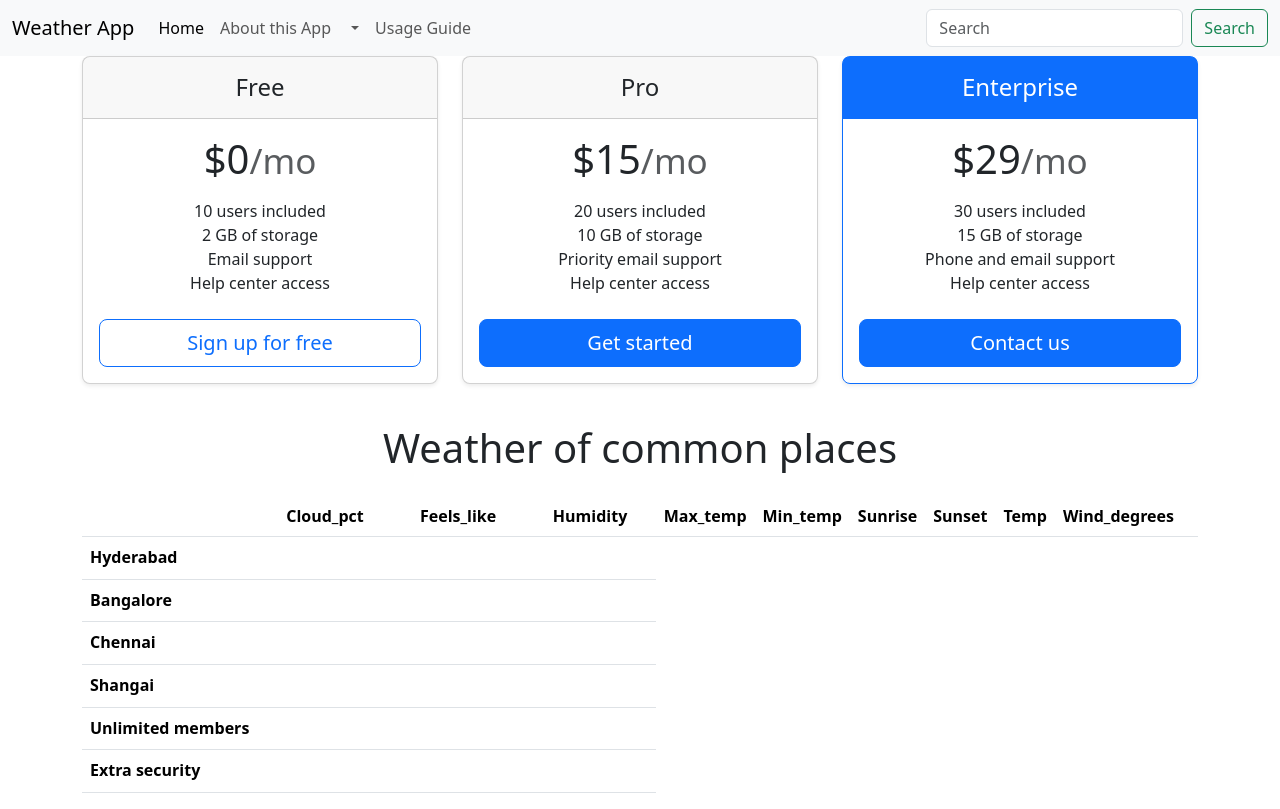
Repository: Abhilash2909/weather
Page: index.html
The author's editor kept a copy of each file at every save. The page is drawn from the files as they stood at one save, then again after the next save.
The browser window is 1280 px wide. The pictures show the whole page.
The page's requests for data from a server got no answer.

Above is the page before, as saved 2024-02-11 10:31:55.

### index.html
<!doctype html>
<html lang="en">
  <head>
    <meta charset="utf-8">
    <meta name="viewport" content="width=device-width, initial-scale=1">
    <title>My Weather App</title>
    <link href="https://cdn.jsdelivr.net/npm/bootstrap@5.3.2/dist/css/bootstrap.min.css" rel="stylesheet" integrity="sha384-T3c6CoIi6uLrA9TneNEoa7RxnatzjcDSCmG1MXxSR1GAsXEV/Dwwykc2MPK8M2HN" crossorigin="anonymous">
  </head>
  <body>
    <nav class="navbar navbar-expand-lg bg-body-tertiary">
        <div class="container-fluid">
          <a class="navbar-brand" href="#">Weather App</a>
          <button class="navbar-toggler" type="button" data-bs-toggle="collapse" data-bs-target="#navbarSupportedContent" aria-controls="navbarSupportedContent" aria-expanded="false" aria-label="Toggle navigation">
            <span class="navbar-toggler-icon"></span>
          </button>
          <div class="collapse navbar-collapse" id="navbarSupportedContent">
            <ul class="navbar-nav me-auto mb-2 mb-lg-0">
              <li class="nav-item">
                <a class="nav-link active" aria-current="page" href="#">Home</a>
              </li>
              <li class="nav-item">
                <a class="nav-link" href="#">About this App</a>
              </li>
              <li class="nav-item dropdown">
                <a class="nav-link dropdown-toggle" href="#" role="button" data-bs-toggle="dropdown" aria-expanded="false">
                </a>
                <ul class="dropdown-menu">
                  <li><a class="dropdown-item" href="#">Delhi</a></li>
                  <li><a class="dropdown-item" href="#">Seattle</a></li>
                  <li><hr class="dropdown-divider"></li>
                  <li><a class="dropdown-item" href="#">Bangalore</a></li>
                </ul>
              </li>
              <li class="nav-item">
                <a class="nav-link" aria-disabled="true">Usage Guide</a>
              </li>
            </ul>
            <form class="d-flex" role="search">
              <input class="form-control me-2" type="search" placeholder="Search" aria-label="Search">
              <button class="btn btn-outline-success" type="submit">Search</button>
            </form>
          </div>
        </div>
      </nav>

      <div class="container"><main>
        <div class="row row-cols-1 row-cols-md-3 mb-3 text-center">
          <div class="col">
            <div class="card mb-4 rounded-3 shadow-sm">
              <div class="card-header py-3">
                <h4 class="my-0 fw-normal">Free</h4>
              </div>
              <div class="card-body">
                <h1 class="card-title pricing-card-title">$0<small class="text-body-secondary fw-light">/mo</small></h1>
                <ul class="list-unstyled mt-3 mb-4">
                  <li>10 users included</li>
                  <li>2 GB of storage</li>
                  <li>Email support</li>
                  <li>Help center access</li>
                </ul>
                <button type="button" class="w-100 btn btn-lg btn-outline-primary">Sign up for free</button>
              </div>
            </div>
          </div>
          <div class="col">
            <div class="card mb-4 rounded-3 shadow-sm">
              <div class="card-header py-3">
                <h4 class="my-0 fw-normal">Pro</h4>
              </div>
              <div class="card-body">
                <h1 class="card-title pricing-card-title">$15<small class="text-body-secondary fw-light">/mo</small></h1>
                <ul class="list-unstyled mt-3 mb-4">
                  <li>20 users included</li>
                  <li>10 GB of storage</li>
                  <li>Priority email support</li>
                  <li>Help center access</li>
                </ul>
                <button type="button" class="w-100 btn btn-lg btn-primary">Get started</button>
              </div>
            </div>
          </div>
          <div class="col">
            <div class="card mb-4 rounded-3 shadow-sm border-primary">
              <div class="card-header py-3 text-bg-primary border-primary">
                <h4 class="my-0 fw-normal">Enterprise</h4>
              </div>
              <div class="card-body">
                <h1 class="card-title pricing-card-title">$29<small class="text-body-secondary fw-light">/mo</small></h1>
                <ul class="list-unstyled mt-3 mb-4">
                  <li>30 users included</li>
                  <li>15 GB of storage</li>
                  <li>Phone and email support</li>
                  <li>Help center access</li>
                </ul>
                <button type="button" class="w-100 btn btn-lg btn-primary">Contact us</button>
              </div>
            </div>
          </div>
        </div>

        <h2 class="display-6 text-center mb-4">Weather of common places</h2>

        <div class="table-responsive">
          <table class="table text-center">
            <thead>
              <tr>
                <th style="width: 34%;"></th>
                <th style="width: 22%;"> Cloud_pct </th>
                <th style="width: 22%;"> Feels_like </th>
                <th style="width: 22%;"> Humidity </th>
                <th style="width: 22%;"> Max_temp </th>
                <th style="width: 22%;"> Min_temp </th>
                <th style="width: 22%;"> Sunrise </th>
                <th style="width: 22%;"> Sunset </th>
                <th style="width: 22%;"> Temp </th>
                <th style="width: 22%;"> Wind_degrees </th>
                <th style="width: 22%;">  </th>
                    </th>
                  </th>
                </th>
              </tr>
            </thead>
            <tbody>
              <tr>
                <th scope="row" class="text-start">Hyderabad</th>
                <td><svg class="bi" width="24" height="24"><use xlink:href="#check"></use></svg></td>
                <td><svg class="bi" width="24" height="24"><use xlink:href="#check"></use></svg></td>
                <td><svg class="bi" width="24" height="24"><use xlink:href="#check"></use></svg></td>
              </tr>
              <tr>
                <th scope="row" class="text-start">Bangalore</th>
                <td></td>
                <td><svg class="bi" width="24" height="24"><use xlink:href="#check"></use></svg></td>
                <td><svg class="bi" width="24" height="24"><use xlink:href="#check"></use></svg></td>
              </tr>
            </tbody>

            <tbody>
              <tr>
                <th scope="row" class="text-start">Chennai</th>
                <td><svg class="bi" width="24" height="24"><use xlink:href="#check"></use></svg></td>
                <td><svg class="bi" width="24" height="24"><use xlink:href="#check"></use></svg></td>
                <td><svg class="bi" width="24" height="24"><use xlink:href="#check"></use></svg></td>
              </tr>
              <tr>
                <th scope="row" class="text-start">Shangai</th>
                <td></td>
                <td><svg class="bi" width="24" height="24"><use xlink:href="#check"></use></svg></td>
                <td><svg class="bi" width="24" height="24"><use xlink:href="#check"></use></svg></td>
              </tr>
              <tr>
                <th scope="row" class="text-start">Unlimited members</th>
                <td></td>
                <td><svg class="bi" width="24" height="24"><use xlink:href="#check"></use></svg></td>
                <td><svg class="bi" width="24" height="24"><use xlink:href="#check"></use></svg></td>
              </tr>
              <tr>
                <th scope="row" class="text-start">Extra security</th>
                <td></td>
                <td></td>
                <td><svg class="bi" width="24" height="24"><use xlink:href="#check"></use></svg></td>
              </tr>
            </tbody>
          </table>
        </div>
      </main></div>
    <script src="https://cdn.jsdelivr.net/npm/bootstrap@5.3.2/dist/js/bootstrap.bundle.min.js" integrity="sha384-C6RzsynM9kWDrMNeT87bh95OGNyZPhcTNXj1NW7RuBCsyN/o0jlpcV8Qyq46cDfL" crossorigin="anonymous"></script>
    <script src="script.js"></script>
</body>
</html>

### script.js
// const options = {
// method: 'GET',
// headers: {
//         'X-RapidAPI-Key': 'b45e96323fmshf5e4bc50d3b8a90p1e091djsnfb21cde4eb87',
// '       X-RapidAPI-Host': 'weather-by-api-ninjas.p.rapidapi.com'
//     }
// };

// fetch('https://weather-by-api-ninjas.p.rapidapi.com/v1/weather?city=Seattle', options)
//     .then(response => response.json())
//     .then(response => console.log(response))
//     .catch(err => console.error(err));



const options = {
    method: 'GET',
    headers: {
      'X-RapidAPI-Key': 'b45e96323fmshf5e4bc50d3b8a90p1e091djsnfb21cde4eb87',
      'X-RapidAPI-Host': 'weather-by-api-ninjas.p.rapidapi.com'
    }
  };

  fetch('https://weather-by-api-ninjas.p.rapidapi.com/v1/weather?city=Seattle', options)
    .then(response => response.json())
    .then(data => console.log(data))
    .catch(error => console.error(error));

After the next save:
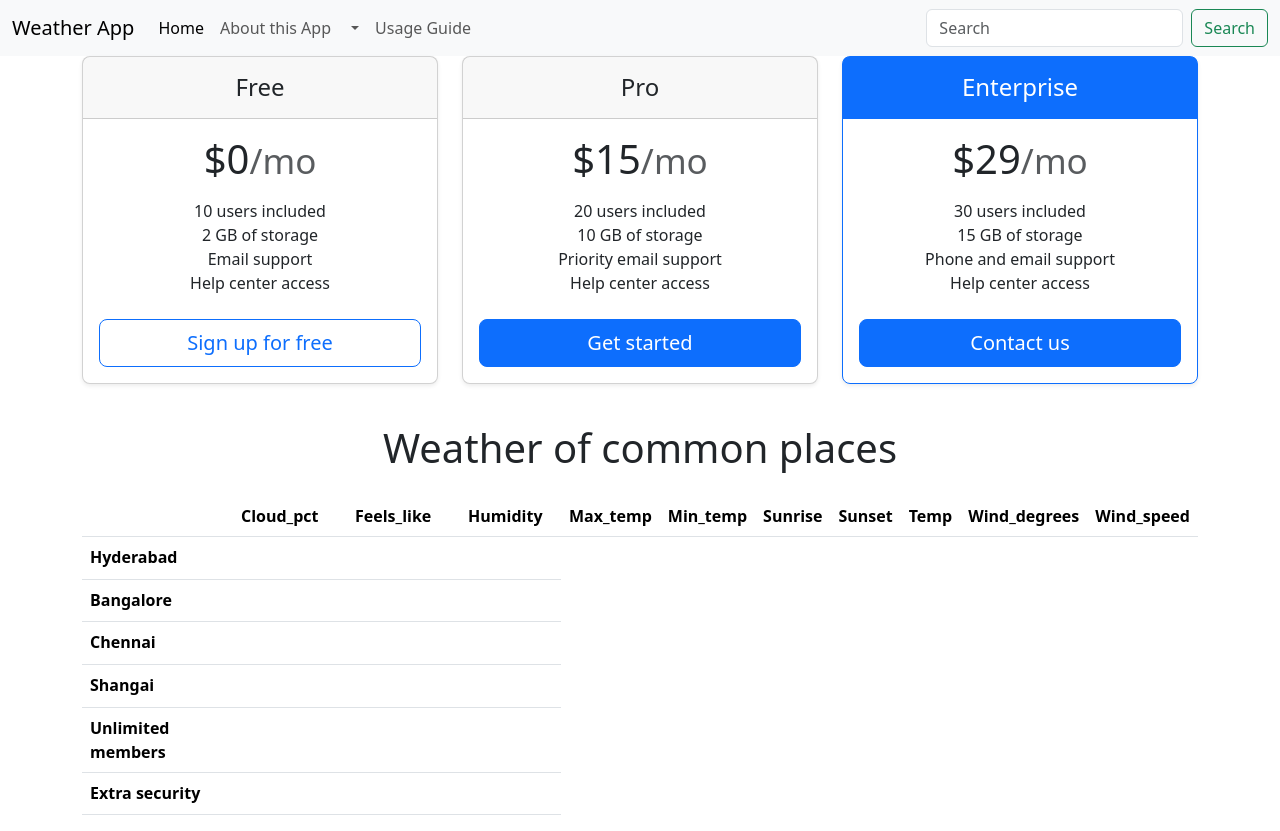
Saved 7 s later.
--- a/index.html
+++ b/index.html
@@ -114,7 +114,7 @@
                 <th style="width: 22%;"> Sunset </th>
                 <th style="width: 22%;"> Temp </th>
                 <th style="width: 22%;"> Wind_degrees </th>
-                <th style="width: 22%;">  </th>
+                <th style="width: 22%;"> Wind_speed </th>
                     </th>
                   </th>
                 </th>
